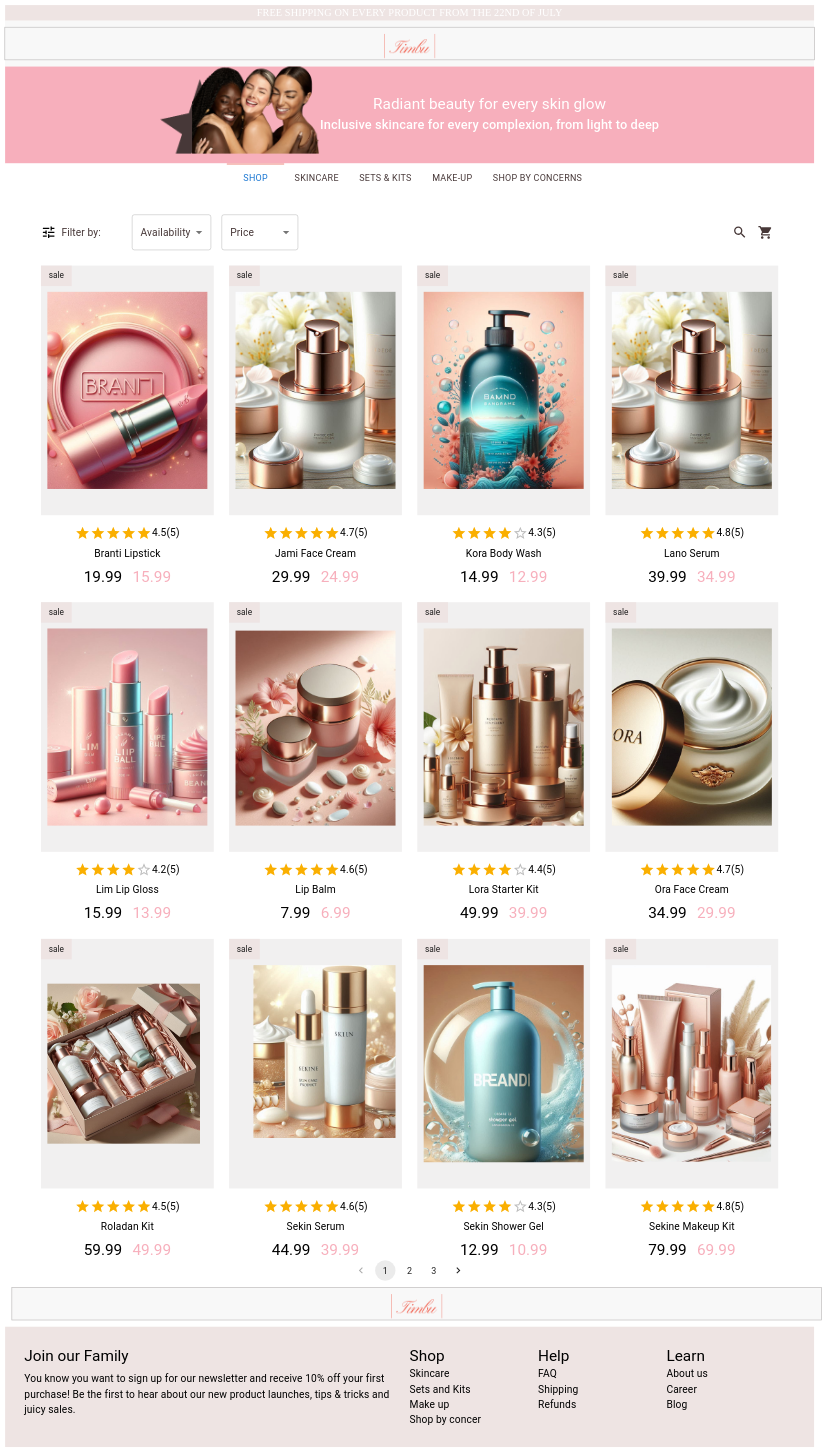
Repository: Armstrong2035/hng-project-two
Page: / (app in timbu-store/)
These files come from the project's save history. The page is drawn as it stood at one moment and after the next save; the edit follows.
The browser window is 1280 px wide. The page is 1284 px wide, so the pictures cover 1284 px, including what lies to the right of the window. The pictures show the whole page, at 64% of full size.
The project was rebuilt for these pictures with package versions that can differ from the ones it lists, and the page was loaded fresh each time. The framework's server and built-in components were replaced by stand-ins that run in the browser. Also part of the build but not shown: timbu-store/next.config.mjs, timbu-store/src/app/fonts.css.

Above is the page before, as saved 2024-07-10 01:18:26.

### timbu-store/src/app/layout.js
"use client";

import "./fonts.css";
import { Html, Main, NextScript } from "next/document";
import Head from "next/head";

const metadata = {
  title: "Timbu Store",
  description: "We sell beauty",
};

export default function RootLayout({ children }) {
  return (
    <>
      <html>
        <Head>
          <title>{metadata.title}</title>
          <meta name="description" content={metadata.description} />
        </Head>
        <body>{children}</body>
      </html>
    </>
  );
}

### timbu-store/src/app/page.js
"use client";

import ProductList from "../../components/Products/ProductList";
import { Container, Box, Grid } from "@mui/material";
import Header from "../../components/header/Header";
import Footer from "../../components/footer/Footer";
import Filters from "../../components/Products/Filters";

export default function Home() {
  return (
    <>
      <Grid>
        <Grid item sm={12}>
          <Header />
        </Grid>

        <Grid item>
          <Box sx={{ mt: 4 }}>
            <ProductList />
          </Box>
        </Grid>
        <Grid item>
          <Footer />
        </Grid>
      </Grid>
    </>
  );
}

### timbu-store/components/Products/ProductList.js
"use client";
import { inventory } from "@/products";
import {
  Box,
  Grid,
  Container,
  Stack,
  Card,
  CardContent,
  CardHeader,
  CardMedia,
  Typography,
  Rating,
  CardActionArea,
  Button,
  Chip,
  Pagination,
} from "@mui/material";
import Image from "next/image";
import useStore from "@/store/store";
import React from "react";
import Link from "next/link";
import Filters from "./Filters";
import { useTheme } from "@mui/material/styles";
import useMediaQuery from "@mui/material/useMediaQuery";
import FiltersMobile from "./FiltersMobile";

export default function ProductList() {
  const addToCart = useStore((state) => state.addToCart);
  const cart = useStore((state) => state.cart);

  const theme = useTheme();
  const isDesktop = useMediaQuery(theme.breakpoints.up("lg"));

  //   console.log(cart);
  return (
    <Container>
      <Stack alignItems={"center"}>
        {/* <FiltersMobile /> */}
        {/* {!isDesktop && <FiltersMobile />} */}
        <Grid container spacing={3} direction={"column"}>
          {isDesktop && (
            <Grid item lg={12}>
              <Filters />
            </Grid>
          )}

          <Grid item xs={12} sm={6} md={4} lg={3}>
            <Grid container spacing={3}>
              {inventory.map((product, index) => (
                <Grid item xs={12} sm={12} md={4} lg={3}>
                  <Stack direction={"column"} spacing={2}>
                    <Link
                      href={`/product/${encodeURIComponent(
                        product.productName
                      )}`}
                    >
                      <Box
                        sx={{
                          flex: 1,
                          display: "flex",
                          alignItems: "center",
                          justifyContent: "center",
                          backgroundColor: "#F1F0F0",
                          position: "relative",
                          "&:hover .add-to-cart": {
                            opacity: 1,
                          },

                          "&:hover": {
                            backgroundColor: "#E6DFDF",
                          },

                          height: "18.125rem",
                          padding: "50px 10px",
                        }}
                        elevation={"none"}
                      >
                        <Chip
                          label={"sale"}
                          sx={{
                            position: "absolute",
                            top: "0",
                            left: "0",
                            borderRadius: "0",
                            backgroundColor: "#EEE4E3",
                          }}
                        />

                        <div
                          style={{
                            width: "100%",
                            height: "100%",
                            position: "relative",
                            padding: "10px",
                          }}
                        >
                          <Image
                            src={product.imageUrl}
                            alt={product.productName}
                            layout="fill"
                            objectFit="contain"
                          />
                        </div>

                        <Box
                          className="add-to-cart"
                          sx={{
                            backgroundColor: "#ED8174",
                            color: "white",
                            position: "absolute",
                            bottom: 0,
                            width: "100%",
                            height: "50px",
                            display: "flex",
                            justifyContent: "center",
                            alignItems: "center",
                            opacity: 0,
                            transition: "opacity 0.3s",
                            cursor: "pointer",
                            "&:hover": {
                              backgroundColor: "#C9675B",
                            },
                          }}
                          onClick={(e) => {
                            e.stopPropagation(); // Prevent event from bubbling up to the Link
                            e.preventDefault(); // Prevent the default link behavior
                            addToCart(product);
                          }}
                        >
                          Add To Cart
                        </Box>
                      </Box>
                    </Link>

                    <Box>
                      <Stack spacing={1} alignItems={"center"}>
                        <Stack direction={"row"}>
                          <Rating
                            name="read-only"
                            value={product.rating}
                            readOnly
                          />
                          <Typography>{`${product.rating}(5)`}</Typography>
                        </Stack>
                        <Typography>{`${product.productName}`}</Typography>
                        <Stack spacing={2} direction={"row"}>
                          <Typography
                            variant={"h5"}
                          >{`${product.price}`}</Typography>

                          <Typography
                            variant={"h5"}
                            sx={{ color: "#F7AFBC" }}
                          >{`${product.discountPrice}`}</Typography>
                        </Stack>
                      </Stack>
                    </Box>
                  </Stack>
                </Grid>
              ))}
            </Grid>
          </Grid>
        </Grid>
        <Pagination count={3} />
      </Stack>
    </Container>
  );
}

### timbu-store/components/header/Header.js
"use client";
import { AppBar, Typography, Box, Stack } from "@mui/material";
import React from "react";
import Image from "next/image";
import Group1 from "../../public/utility-images/Group1.png";
import TimbuStore from "./TimbuStore";
import Promotion from "./Promotion";
import SimpleTabs from "./NavBar";
import Filters from "../Products/Filters";
import { useTheme } from "@mui/material/styles";
import useMediaQuery from "@mui/material/useMediaQuery";
import FiltersMobile from "../Products/FiltersMobile";

export default function Header() {
  const theme = useTheme();
  const isDesktop = useMediaQuery(theme.breakpoints.up("lg"));

  return (
    <>
      <Stack alignItems={"center"}>
        <AppBar
          elevation={"none"}
          sx={{
            backgroundColor: "#F8F8F8",
            position: "relative",
            width: "100%",
          }}
        >
          <Stack alignItems={"center"}>
            <Promotion />
            <TimbuStore />
            <Stack
              alignItems={"center"}
              textAlign={"center"}
              direction={isDesktop ? "row" : "column-reverse"}
              justifyContent={"center"}
              sx={{ backgroundColor: "#F7AFBC", width: "100%" }}
            >
              <Box sx={{ width: "250.08px", height: "150.77px" }}>
                <Image
                  src={Group1}
                  alt={"group of women"}
                  layout="responsive"
                  width={100}
                  height={100}
                  objectFit="contain"
                />
              </Box>
              <Box>
                <Typography variant={"h5"}>
                  Radiant beauty for every skin glow
                </Typography>
                <Typography variant={"h6"}>
                  Inclusive skincare for every complexion, from light to deep
                </Typography>
              </Box>
            </Stack>
          </Stack>
        </AppBar>

        {!isDesktop && (
          <Box sx={{ alignSelf: "flex-start" }}>
            <FiltersMobile />
          </Box>
        )}

        {isDesktop && <SimpleTabs />}
      </Stack>
    </>
  );
}

### timbu-store/components/footer/Footer.js
import React from "react";
import {
  Container,
  Grid,
  Typography,
  TextField,
  Button,
  AppBar,
  Toolbar,
  Box,
  Stack,
} from "@mui/material";
import TimbuStore from "../header/TimbuStore";
import { useTheme } from "@mui/material/styles";
import useMediaQuery from "@mui/material/useMediaQuery";

function Footer() {
  const theme = useTheme();
  const isDesktop = useMediaQuery(theme.breakpoints.up("lg"));
  return (
    <>
      <TimbuStore />
      <Box
        sx={{
          inTop: "2rem",
          backgroundColor: "#EEE4E3",
          padding: "30px",
        }}
      >
        <Grid container>
          <Grid item sm={12} lg={6}>
            <Stack>
              <Typography variant="h5" gutterBottom>
                Join our Family
              </Typography>
              <Typography variant="body1" paragraph>
                You know you want to sign up for our newsletter and receive 10%
                off your first purchase! Be the first to hear about our new
                product launches, tips & tricks and juicy sales.
              </Typography>
            </Stack>
          </Grid>

          <Grid item sm={12} lg={6}>
            <Grid container direction={isDesktop ? "row" : "column"}>
              <Grid item sm={12} lg={4}>
                <Stack>
                  <Typography variant={"h5"}>Shop</Typography>
                  <Typography>Skincare</Typography>
                  <Typography>Sets and Kits</Typography>
                  <Typography>Make up</Typography>
                  <Typography>Shop by concer</Typography>
                </Stack>
              </Grid>
              <Grid item sm={12} lg={4}>
                <Stack>
                  <Typography variant={"h5"}>Help</Typography>
                  <Typography>FAQ</Typography>
                  <Typography>Shipping</Typography>
                  <Typography>Refunds</Typography>
                </Stack>
              </Grid>
              <Grid item sm={12} lg={4}>
                <Stack>
                  <Typography variant={"h5"}>Learn</Typography>
                  <Typography>About us</Typography>
                  <Typography>Career</Typography>
                  <Typography>Blog</Typography>
                </Stack>
              </Grid>
            </Grid>
          </Grid>
        </Grid>
      </Box>
    </>
  );
}

export default Footer;

### timbu-store/components/Products/Filters.js
import React from "react";
import Link from "next/link";
import {
  Box,
  Select,
  MenuItem,
  IconButton,
  Typography,
  Stack,
  Icon,
} from "@mui/material";
import TuneIcon from "@mui/icons-material/Tune";
import SearchIcon from "@mui/icons-material/Search";
import ShoppingCartIcon from "@mui/icons-material/ShoppingCart";

export default function Filters() {
  const [availability, setAvailability] = React.useState("");
  const [price, setPrice] = React.useState("");

  const handleAvailabilityChange = (event) => {
    setAvailability(event.target.value);
  };

  const handlePriceChange = (event) => {
    setPrice(event.target.value);
  };

  return (
    <Box
      sx={{
        display: "flex",
        justifyContent: "space-between",
        alignItems: "center",

        width: "100%",
      }}
    >
      <Stack direction={"row"} alignItems={"center"} spacing={6}>
        <Stack direction={"row"} spacing={1}>
          <Icon>
            <TuneIcon />
          </Icon>

          <Typography variant="body1" sx={{ color: "#473838" }}>
            Filter by:
          </Typography>
        </Stack>

        <Box sx={{ display: "flex", gap: 2 }}>
          <Select
            value={availability}
            onChange={handleAvailabilityChange}
            displayEmpty
            sx={{ minWidth: 120, color: "#473838" }}
          >
            <MenuItem value="" disabled>
              Availability
            </MenuItem>
            <MenuItem value="inStock">In Stock</MenuItem>
            <MenuItem value="outOfStock">Out of Stock</MenuItem>
          </Select>
          <Select
            value={price}
            onChange={handlePriceChange}
            displayEmpty
            sx={{ minWidth: 120, color: "#473838" }}
          >
            <MenuItem value="" disabled>
              Price
            </MenuItem>
            <MenuItem value="lowToHigh">Low to High</MenuItem>
            <MenuItem value="highToLow">High to Low</MenuItem>
          </Select>
        </Box>
      </Stack>
      <Box>
        <IconButton>
          <SearchIcon sx={{ color: "#473838" }} />
        </IconButton>
        <Link href={"/cart"}>
          <IconButton>
            <ShoppingCartIcon sx={{ color: "#473838" }} />
          </IconButton>
        </Link>
      </Box>
    </Box>
  );
}

### timbu-store/src/store/store.js
import { create } from "zustand";
import { persist } from "zustand/middleware";

const useStore = create(
  (set) => ({
    cart: [],
    addToCart: (item) => set((state) => ({ cart: [...state.cart, item] })),
  }),
  {
    name: "cart-storage",
  }
);

export default useStore;

### timbu-store/components/Products/FiltersMobile.js
import React, { useState } from "react";
import { Menu, Typography, Popover, Stack } from "@mui/material";
import { IconButton } from "@mui/material";
import MenuIcon from "@mui/icons-material/Menu";

const FiltersMobile = () => {
  const [anchorEl, setAnchorEl] = useState(null);

  const handleClick = (event) => {
    setAnchorEl(event.currentTarget);
  };

  const handleClose = () => {
    setAnchorEl(null);
  };

  return (
    <>
      <IconButton
        onClick={handleClick}
        sx={{
          p: 0,
          ...(Boolean(anchorEl) && {
            "&:before": {
              zIndex: 1,
              content: "''",
              width: "100%",
              height: "100%",
              borderRadius: "50%",
              position: "absolute",
            },
          }),
        }}
      >
        <MenuIcon />
      </IconButton>
      <Popover
        open={Boolean(anchorEl)}
        anchorEl={anchorEl}
        onClose={handleClose}
        anchorOrigin={{
          vertical: "bottom",
          horizontal: "left",
        }}
      >
        <Stack spacing={1} direction={"column"}>
          <Typography>Shop all</Typography>
          <Typography>Skin care</Typography>
          <Typography>Sets and kits</Typography>
          <Typography>Make ups</Typography>
          <Typography>Shop by concern</Typography>
        </Stack>
      </Popover>
    </>
  );
};

export default FiltersMobile;

### timbu-store/components/header/TimbuStore.js
"use client";

import Image from "next/image";
import Timbu from "../../public/utility-images/Timbu.png";
import Link from "next/link";

export default function TimbuStore() {
  return (
    <div
      style={{
        width: "100%",
        backgroundColor: "#F8F8F8",
        display: "flex",
        justifyContent: "center",
        alignItems: "center",
        padding: "10px 0",
        border: "1px solid #BCBABA",
        margin: "10px",
      }}
    >
      <Link href={"/"}>
        <div style={{ width: "80px", height: "30px" }}>
          <Image
            src={Timbu}
            alt={"timbu store logo"}
            layout="responsive"
            width={50}
            height={50}
            objectFit="contain"
          />
        </div>
      </Link>
    </div>
  );
}

### timbu-store/components/header/Promotion.js
"use client";

import { Typography, Box } from "@mui/material";
import React from "react";

export default function Promotion() {
  return (
    <>
      <Box
        sx={{
          display: "flex",
          alignItems: "center",
          justifyContent: "center",
          width: "100%",
          backgroundColor: "#EEE4E3",
          padding: "15px, 0",
        }}
      >
        <Typography sx={{ fontFamily: "kanit-regular" }}>
          FREE SHIPPING ON EVERY PRODUCT FROM THE 22ND OF JULY
        </Typography>
      </Box>
    </>
  );
}

### timbu-store/components/header/NavBar.js
import React, { useState } from "react";
import { Tabs, Tab, Typography, Box } from "@mui/material";

function TabPanel(props) {
  const { children, value, index, ...other } = props;

  return (
    <div
      role="tabpanel"
      hidden={value !== index}
      id={`simple-tabpanel-${index}`}
      aria-labelledby={`simple-tab-${index}`}
      {...other}
    >
      {value === index && <Typography>{children}</Typography>}
    </div>
  );
}

export default function SimpleTabs() {
  const [value, setValue] = useState(0);

  const handleChange = (event, newValue) => {
    setValue(newValue);
  };

  return (
    <Box>
      <Tabs
        value={value}
        onChange={handleChange}
        TabIndicatorProps={{
          style: {
            top: 0,
            bottom: "auto",
            backgroundColor: "#ED8174",
          },
        }}
        sx={{
          "& .MuiTab-root": {
            fontWeight: "normal",
          },
          "& .Mui-selected": {
            color: "#473838",
            fontWeight: "normal",
          },
        }}
      >
        <Tab
          label="Shop"
          sx={{
            color: " #473838",
            fontWeight: "normal",
          }}
        />
        <Tab
          label="Skincare"
          sx={{
            color: " #473838",
            fontWeight: "normal",
          }}
        />
        <Tab
          label="Sets & Kits"
          sx={{
            color: " #473838",
            fontWeight: "normal",
          }}
        />
        <Tab
          label="Make-up"
          sx={{
            color: " #473838",
            fontWeight: "normal",
          }}
        />
        <Tab
          label="Shop by Concerns"
          sx={{
            color: " #473838",
            fontWeight: "normal",
          }}
        />
      </Tabs>
    </Box>
  );
}

Loaded but not shown: timbu-store/src/products.js (254 lines, source omitted)

After the next save:
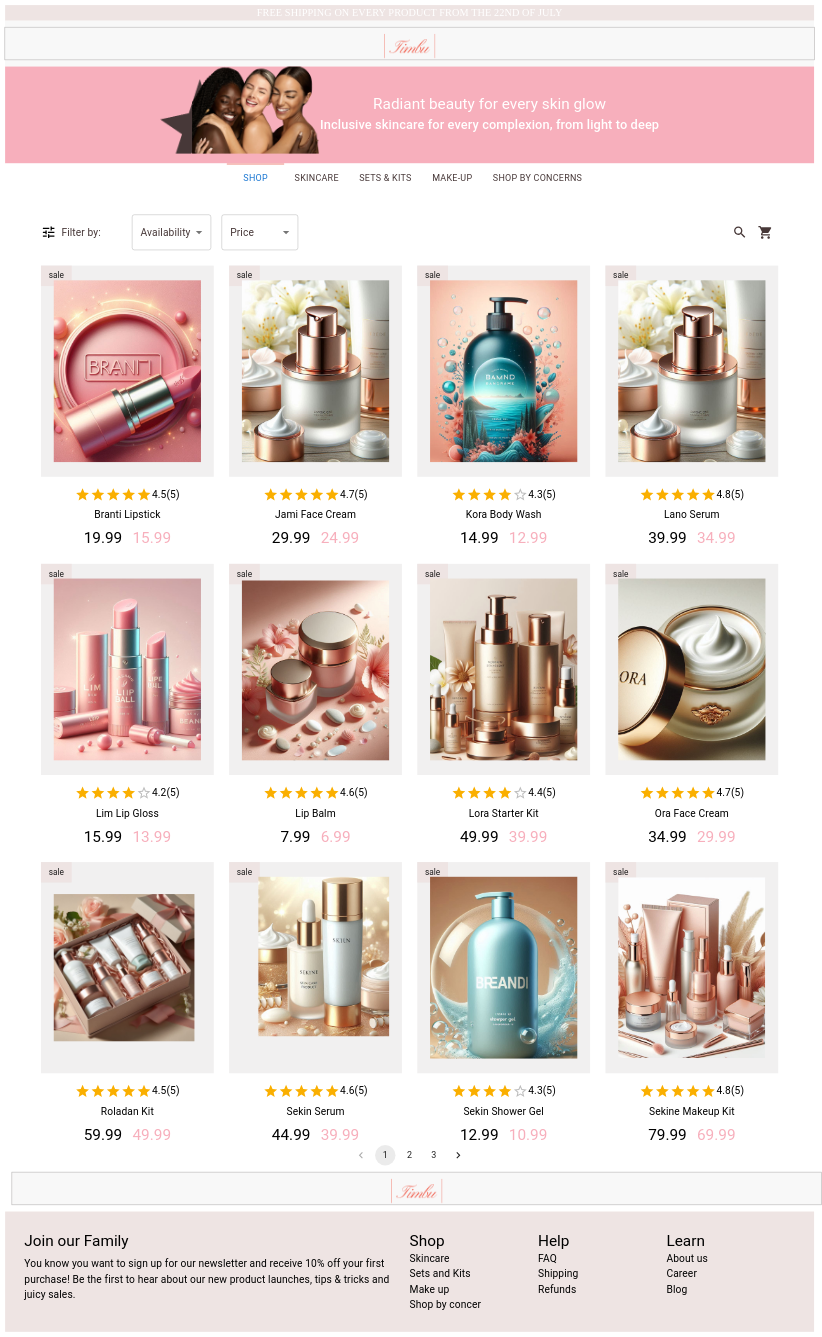
Saved 15 s later.
--- a/timbu-store/components/Products/ProductList.js
+++ b/timbu-store/components/Products/ProductList.js
@@ -72,7 +72,7 @@ export default function ProductList() {
                           },
 
                           height: "18.125rem",
-                          padding: "50px 10px",
+                          padding: "20px 20px",
                         }}
                         elevation={"none"}
                       >
